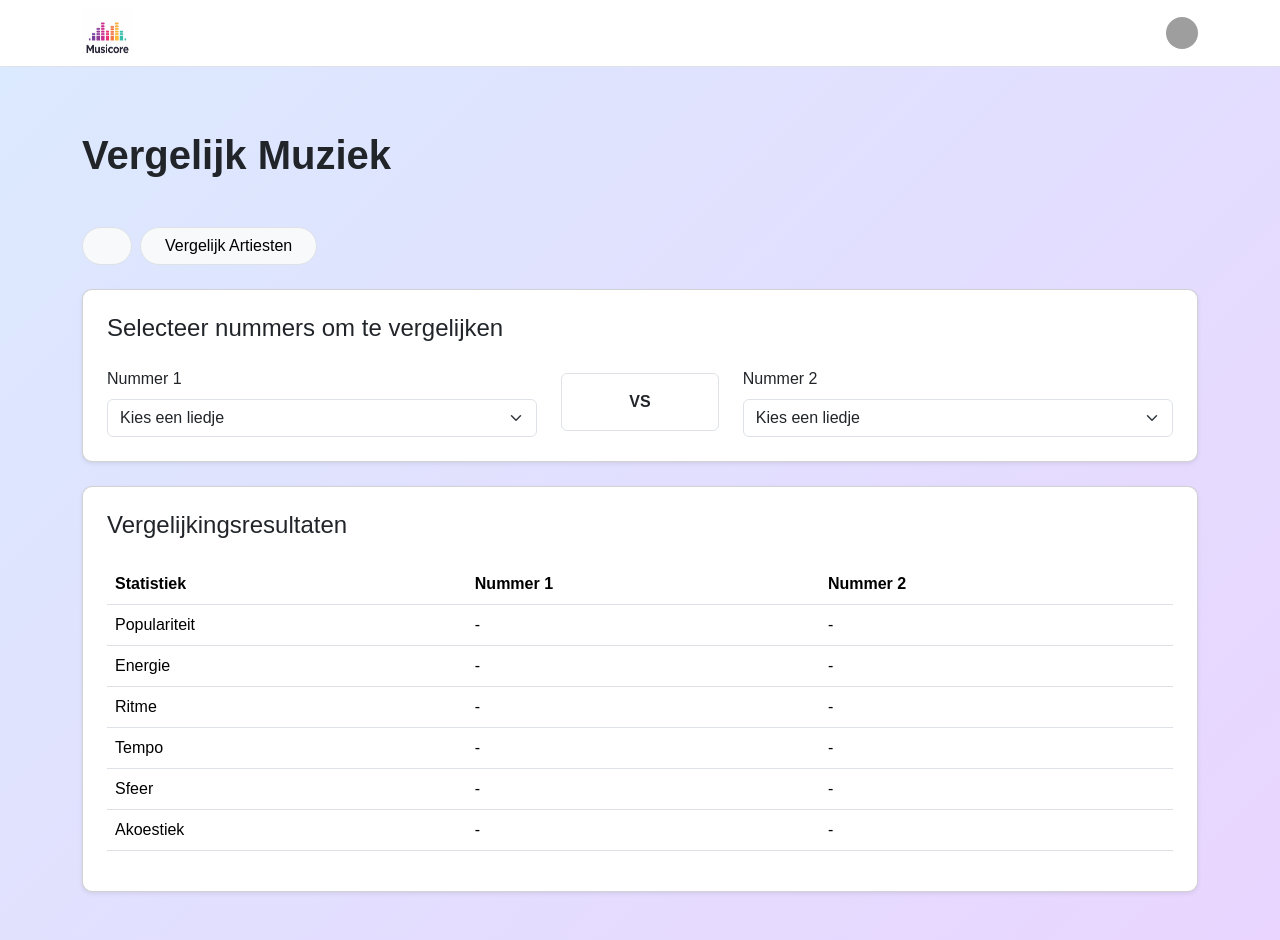
Repository: khadishat00/maskr
Page: maskr-frontend/compare.html
These files come from the project's save history. The page is drawn as it stood at one moment and after the next save; the edit follows.
The browser window is 1280 px wide. The pictures show the whole page.
Pictures or frames that could not be fetched are drawn as grey boxes.

Above is the page before, as saved 2026-04-28 11:24:32.

After the next save:
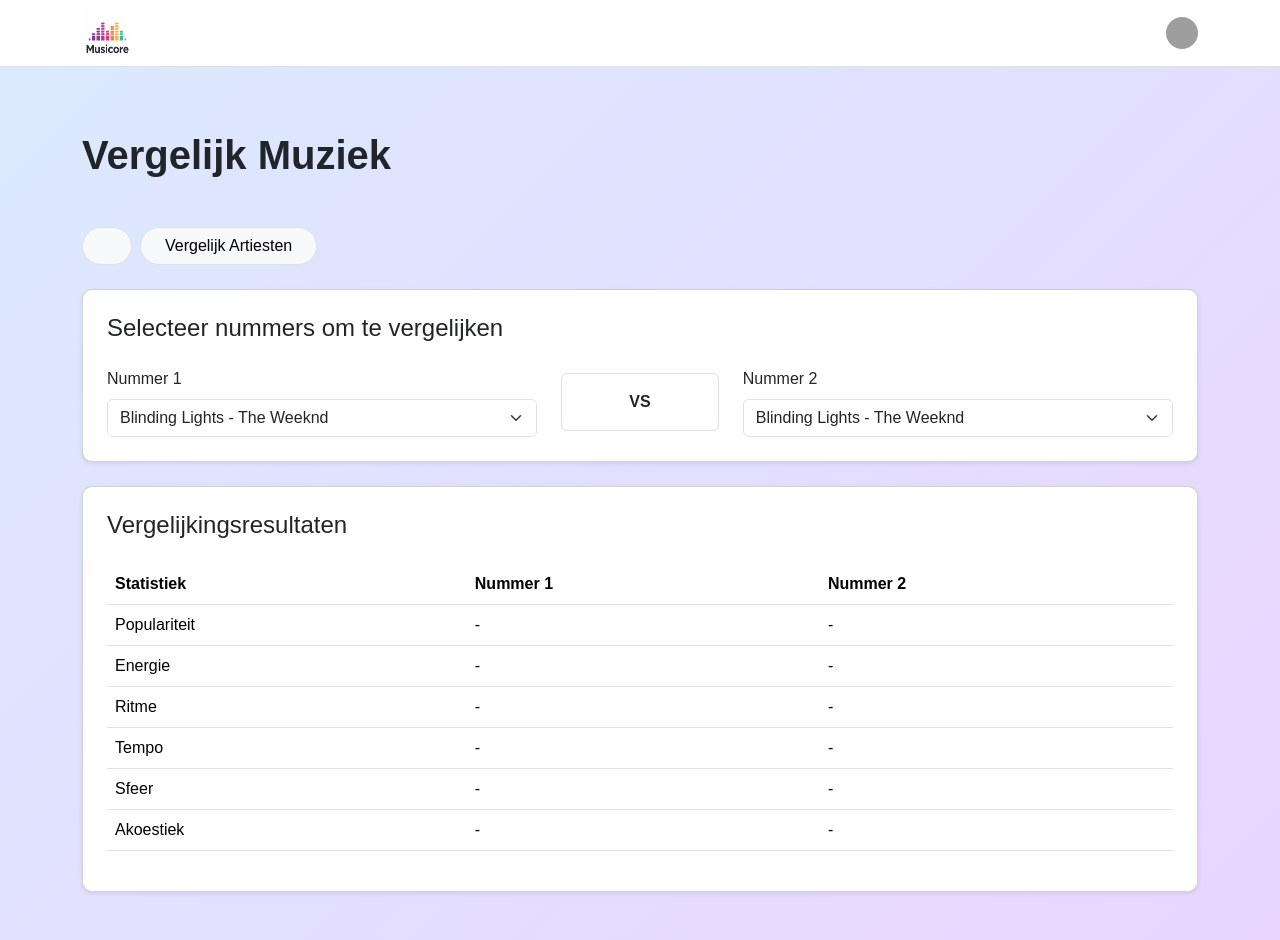
Saved 4 min 17 s later.
--- a/maskr-frontend/js/compare.js
+++ b/maskr-frontend/js/compare.js
@@ -3,80 +3,118 @@ const songs = [
 title:"Blinding Lights",
 artist:"The Weeknd",
 popularity:95,
-cover:"https://images.unsplash.com/photo-1470225620780-dba8ba36b745?w=300"
+energy:80,
+dance:75,
+tempo:171,
+mood:70,
+acoustic:20
 },
 {
 title:"Shape of You",
 artist:"Ed Sheeran",
 popularity:92,
-cover:"https://images.unsplash.com/photo-1511671782779-c97d3d27a1d4?w=300"
+energy:65,
+dance:83,
+tempo:96,
+mood:93,
+acoustic:58
 },
 {
 title:"STAY",
 artist:"The Kid LAROI",
 popularity:91,
-cover:"https://images.unsplash.com/photo-1493225457124-a3eb161ffa5f?w=300"
+energy:88,
+dance:79,
+tempo:170,
+mood:60,
+acoustic:15
 },
 {
 title:"Watermelon Sugar",
 artist:"Harry Styles",
 popularity:90,
-cover:"https://images.unsplash.com/photo-1507874457470-272b3c8d8ee2?w=300"
+energy:72,
+dance:80,
+tempo:95,
+mood:85,
+acoustic:30
 },
 {
 title:"Heat Waves",
 artist:"Glass Animals",
 popularity:89,
-cover:"https://images.unsplash.com/photo-1501386761578-eac5c94b800a?w=300"
+energy:60,
+dance:70,
+tempo:81,
+mood:75,
+acoustic:40
 },
 {
 title:"Levitating",
 artist:"Dua Lipa",
 popularity:88,
-cover:"https://images.unsplash.com/photo-1518972559570-7cc1309f3229?w=300"
+energy:78,
+dance:85,
+tempo:103,
+mood:82,
+acoustic:25
 }
 ];
 
 const song1 = document.getElementById("song1");
 const song2 = document.getElementById("song2");
 
-/* dropdown vullen */
-songs.forEach(song => {
-    let option1 = document.createElement("option");
-    option1.value = song.title;
-    option1.textContent = `${song.title} - ${song.artist}`;
-    song1.appendChild(option1);
+song1.innerHTML = "";
+song2.innerHTML = "";
 
-    let option2 = document.createElement("option");
-    option2.value = song.title;
-    option2.textContent = `${song.title} - ${song.artist}`;
-    song2.appendChild(option2);
+songs.forEach(s => {
+    const o1 = document.createElement("option");
+    o1.value = s.title;
+    o1.textContent = s.title + " - " + s.artist;
+
+    const o2 = document.createElement("option");
+    o2.value = s.title;
+    o2.textContent = s.title + " - " + s.artist;
+
+    song1.appendChild(o1);
+    song2.appendChild(o2);
 });
 
-function updateCompare() {
-    const first = songs.find(s => s.title === song1.value);
-    const second = songs.find(s => s.title === song2.value);
-
-    if (first) {
-        document.getElementById("title1").textContent = first.title;
-        document.getElementById("pop1").textContent = first.popularity;
-        document.getElementById("energy1").textContent = first.energy;
-        document.getElementById("dance1").textContent = first.dance;
-        document.getElementById("tempo1").textContent = first.tempo + " BPM";
-        document.getElementById("mood1").textContent = first.mood;
-        document.getElementById("acoustic1").textContent = first.acoustic;
-    }
-
-    if (second) {
-        document.getElementById("title2").textContent = second.title;
-        document.getElementById("pop2").textContent = second.popularity;
-        document.getElementById("energy2").textContent = second.energy;
-        document.getElementById("dance2").textContent = second.dance;
-        document.getElementById("tempo2").textContent = second.tempo + " BPM";
-        document.getElementById("mood2").textContent = second.mood;
-        document.getElementById("acoustic2").textContent = second.acoustic;
-    }
+function icon(valA, valB) {
+    return valA > valB
+        ? " +"
+        : valA < valB
+        ? " -"
+        : "";
 }
 
-song1.addEventListener("change", updateCompare);
-song2.addEventListener("change", updateCompare);
+function update() {
+    const a = songs.find(s => s.title === song1.value);
+    const b = songs.find(s => s.title === song2.value);
+
+    if (!a || !b) return;
+
+    document.getElementById("title1").textContent = a.title;
+    document.getElementById("title2").textContent = b.title;
+
+    document.getElementById("pop1").textContent = a.popularity + icon(a.popularity, b.popularity);
+    document.getElementById("pop2").textContent = b.popularity + icon(b.popularity, a.popularity);
+
+    document.getElementById("energy1").textContent = a.energy + icon(a.energy, b.energy);
+    document.getElementById("energy2").textContent = b.energy + icon(b.energy, a.energy);
+
+    document.getElementById("dance1").textContent = a.dance + icon(a.dance, b.dance);
+    document.getElementById("dance2").textContent = b.dance + icon(b.dance, a.dance);
+
+    document.getElementById("tempo1").textContent = a.tempo + " BPM" + icon(a.tempo, b.tempo);
+    document.getElementById("tempo2").textContent = b.tempo + " BPM" + icon(b.tempo, a.tempo);
+
+    document.getElementById("mood1").textContent = a.mood + icon(a.mood, b.mood);
+    document.getElementById("mood2").textContent = b.mood + icon(b.mood, a.mood);
+
+    document.getElementById("acoustic1").textContent = a.acoustic + icon(a.acoustic, b.acoustic);
+    document.getElementById("acoustic2").textContent = b.acoustic + icon(b.acoustic, a.acoustic);
+}
+
+song1.addEventListener("change", update);
+song2.addEventListener("change", update);
